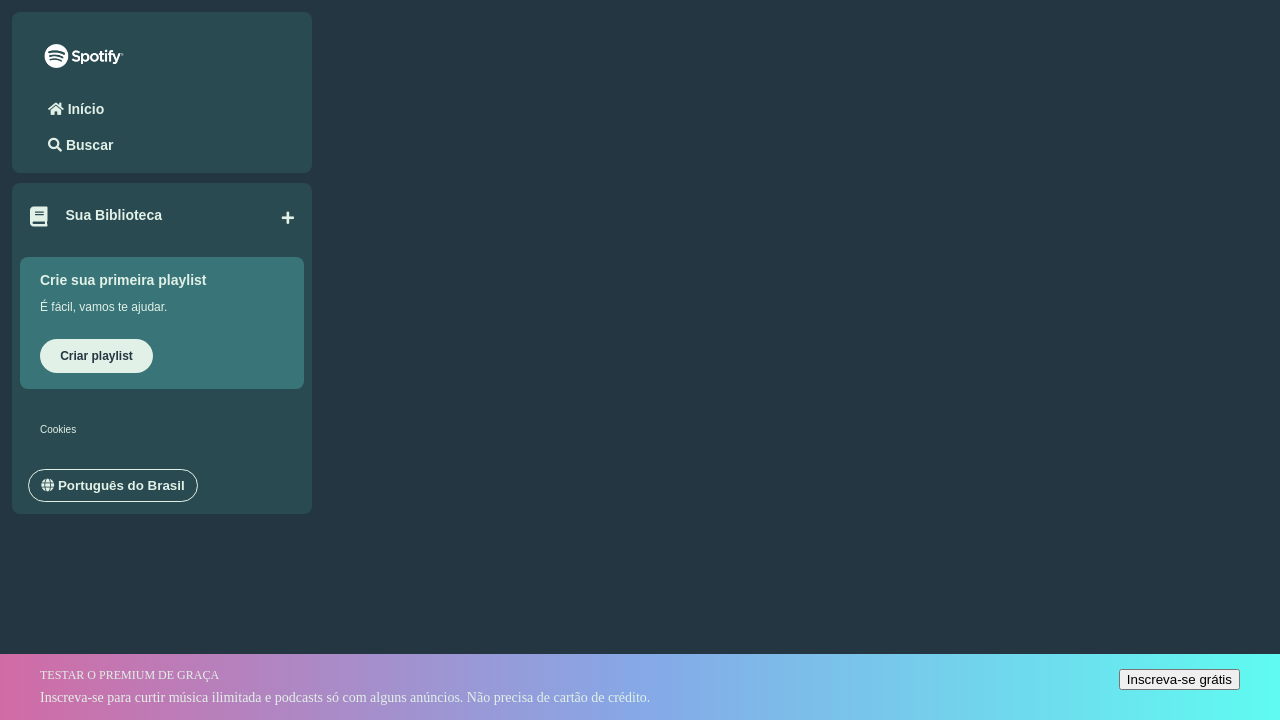
Repository: rafaazevedo-gs/Imers-o-Alura-Front-end
Page: index.html
An editor plug-in stored every save of this project. The page is shown before and after the next save, followed by the edit.
The browser window is 1280 px wide. The pictures show the whole page.

Above is the page before, as saved 2025-01-30 11:23:27.

After the next save:
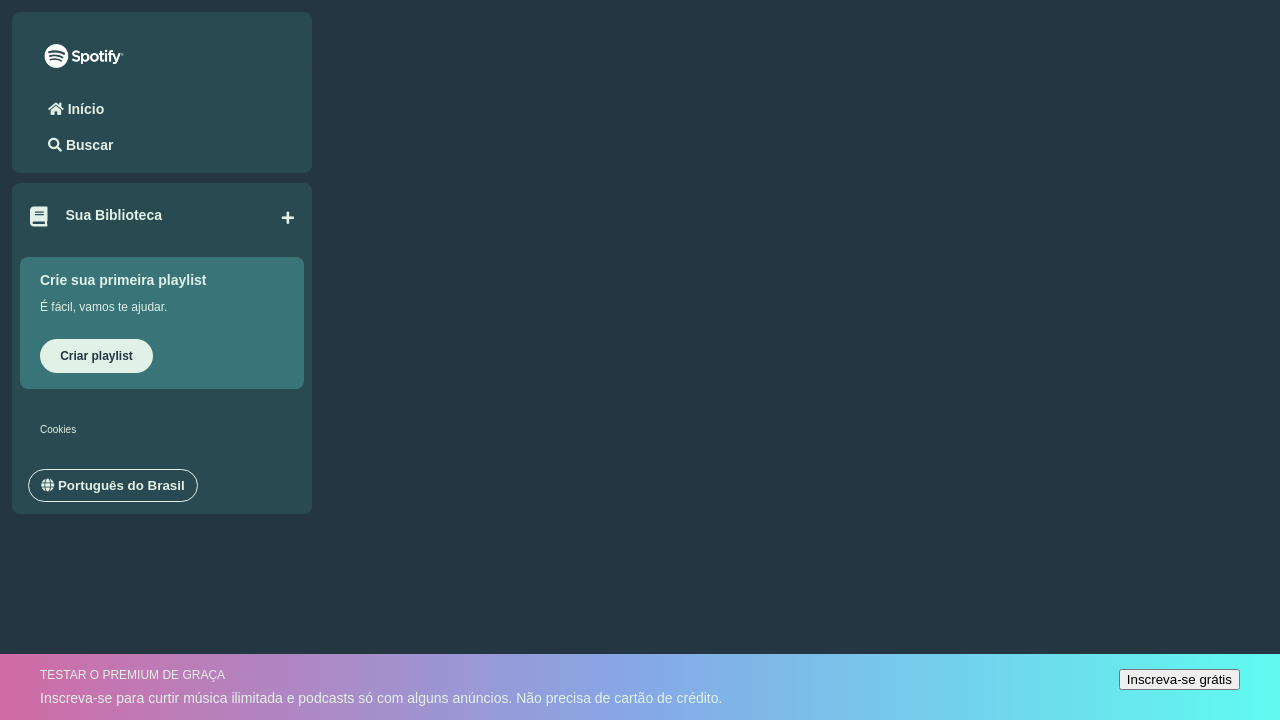
Saved 25 s later.
--- a/styles.css
+++ b/styles.css
@@ -185,7 +185,6 @@
 
 .disclaimer-premium .tex {
     flex-shrink: 0;
-    font-family: "DM Sans", sans-serif;
 }
 
 .disclaimer-premium .disclaimer-premium__title {
@@ -194,10 +193,12 @@
     font-weight: 400;
     font-size: 12px;
     margin-bottom: 10px;
+    font-family: "DM Sans", sans-serif;
 }
 
 .disclaimer-premium .disclaimer-premium__subtitle {
     color: #E2F1E7;
     font-weight: 500;
     font-size: 14px;
-}
+    font-family: "DM Sans", sans-serif;
+}
